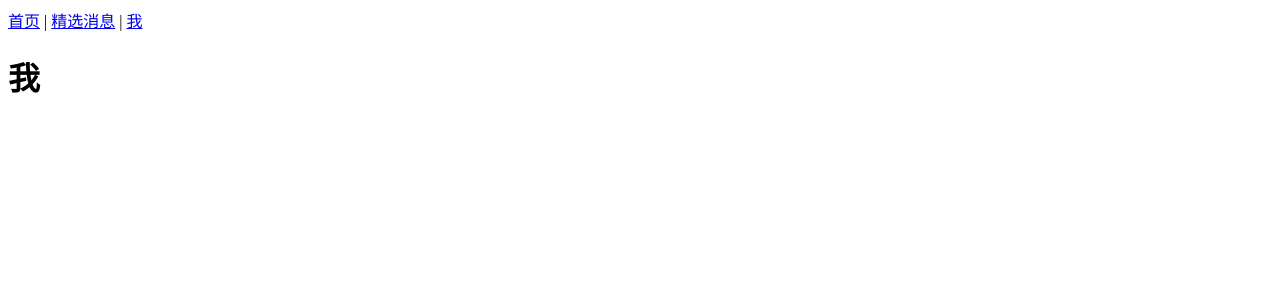
Repository: Heqiong129/Kwai
Page: /#/about
The author's editor kept a copy of each file at every save. The page is drawn from the files as they stood at one save, then again after the next save.
The browser window is 1280 px wide. The pictures show the whole page.
The project was rebuilt for these pictures with package versions that can differ from the ones it lists, and the page was loaded fresh each time. Also part of the build but not shown: vue.config.js, src/components/HelloWorld.vue, src/views/HomeView.vue.

Above is the page before, as saved 2022-07-04 11:13:05.

After the next save:
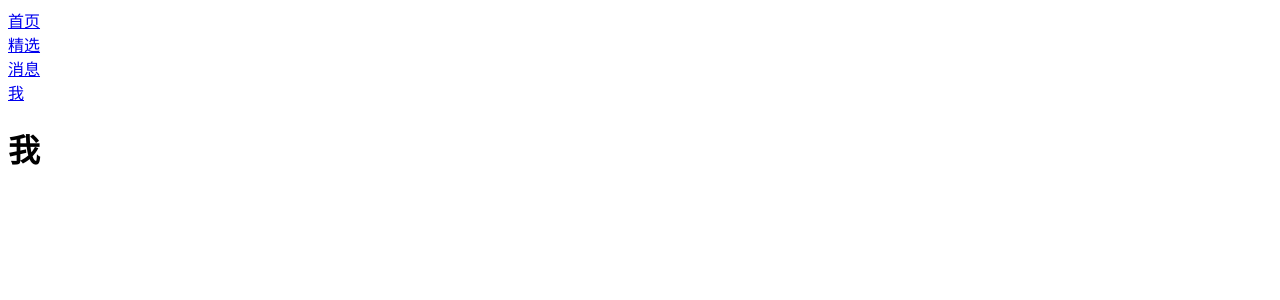
Saved 53 s later.
--- a/src/App.vue
+++ b/src/App.vue
@@ -1,9 +1,17 @@
 <template>
   <div>
-    <router-link to="/">首页</router-link> |
-    <router-link to="/about">精选</router-link>
-    <router-link to="/">消息</router-link> |
-    <router-link to="/about">我</router-link>
+    <div>
+      <router-link to="/">首页</router-link>
+    </div>
+    <div>
+      <router-link to="/about">精选</router-link>
+    </div>
+    <div>
+      <router-link to="/">消息</router-link>
+    </div>
+    <div>
+      <router-link to="/about">我</router-link>
+    </div>
     <router-view />
   </div>
 </template>
